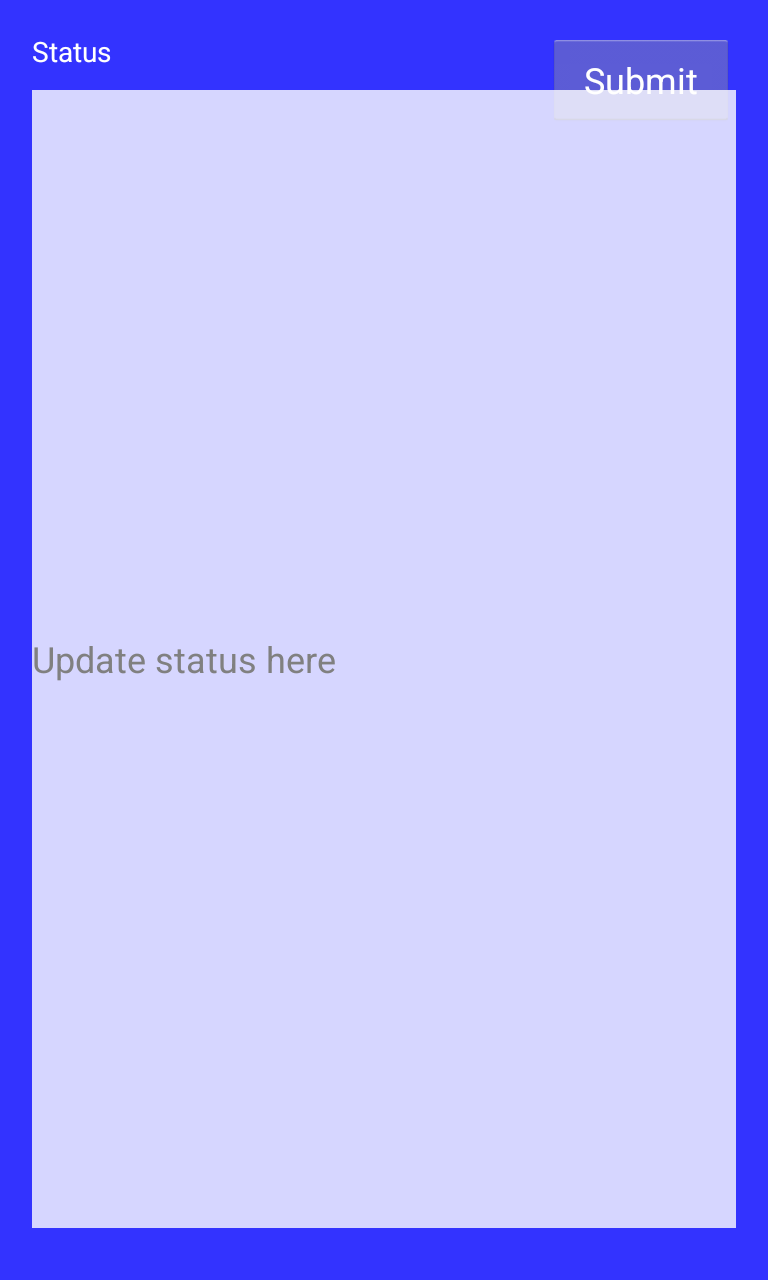
Repository: vamsiampolu/androidworkspace
Layout: YambaProject/res/layout/activity_main.xml
An editor plug-in stored every save of this project. The layout is shown before and after the next save, followed by the edit.
It is drawn on a 768 x 1280 px phone screen (xhdpi) without system bars, with theme AppTheme; the app's code is not run.

Above is the layout before, as saved 2013-05-09 07:26:55.

After the next save:
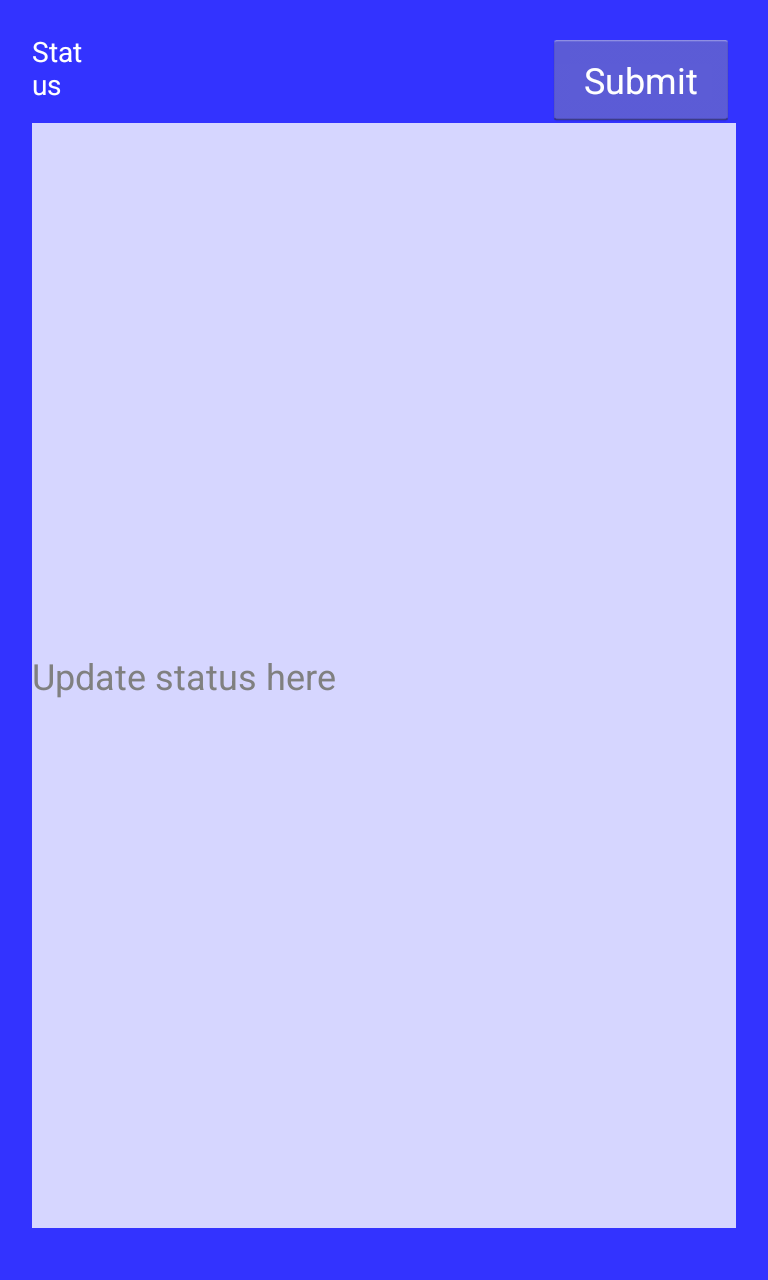
Saved 29 s later.
--- a/YambaProject/res/layout/activity_main.xml
+++ b/YambaProject/res/layout/activity_main.xml
@@ -22,7 +22,7 @@
 -->
     <TextView
         	android:id="@+id/txt_status"
-        	android:layout_width="wrap_content"
+        	android:layout_width="30dp"
         	android:layout_height="wrap_content"
         	android:text="Status"
         	android:textColor="#FFF"

After the save that followed:
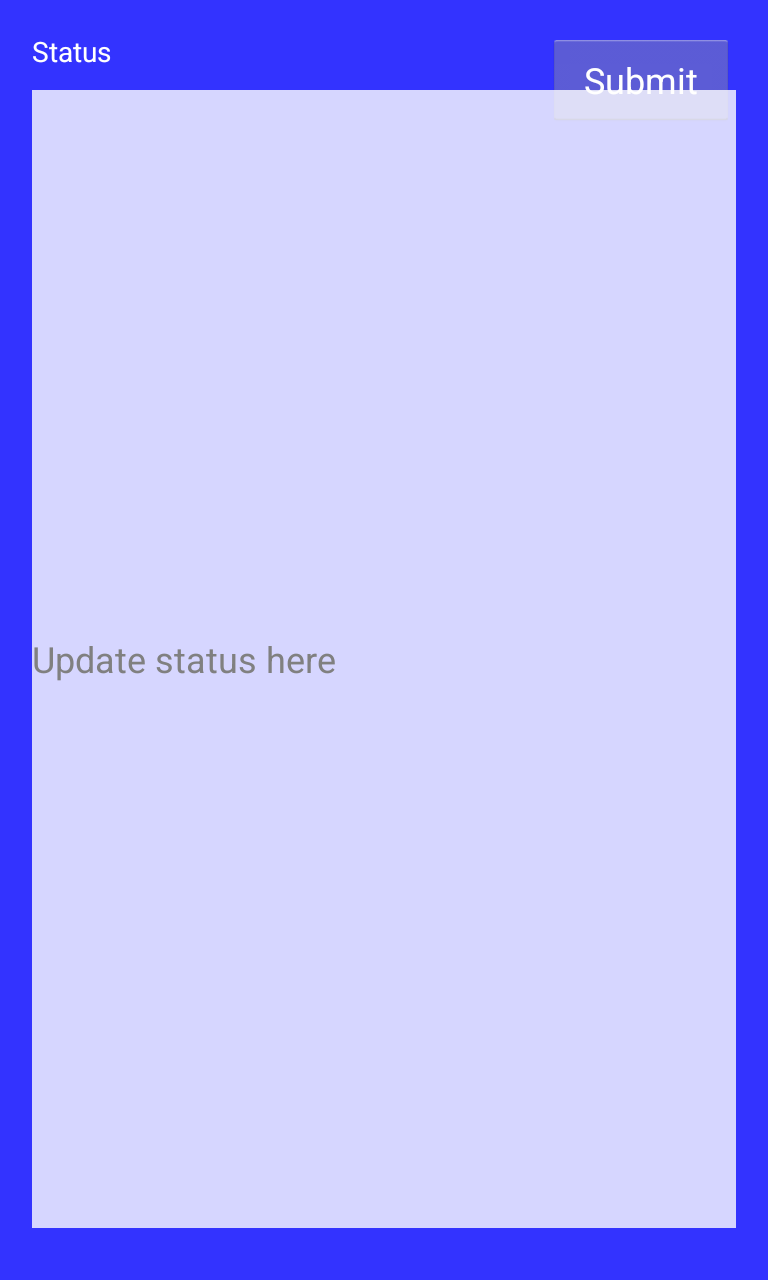
Saved 12 s later.
--- a/YambaProject/res/layout/activity_main.xml
+++ b/YambaProject/res/layout/activity_main.xml
@@ -22,7 +22,7 @@
 -->
     <TextView
         	android:id="@+id/txt_status"
-        	android:layout_width="30dp"
+        	android:layout_width="40dp"
         	android:layout_height="wrap_content"
         	android:text="Status"
         	android:textColor="#FFF"
